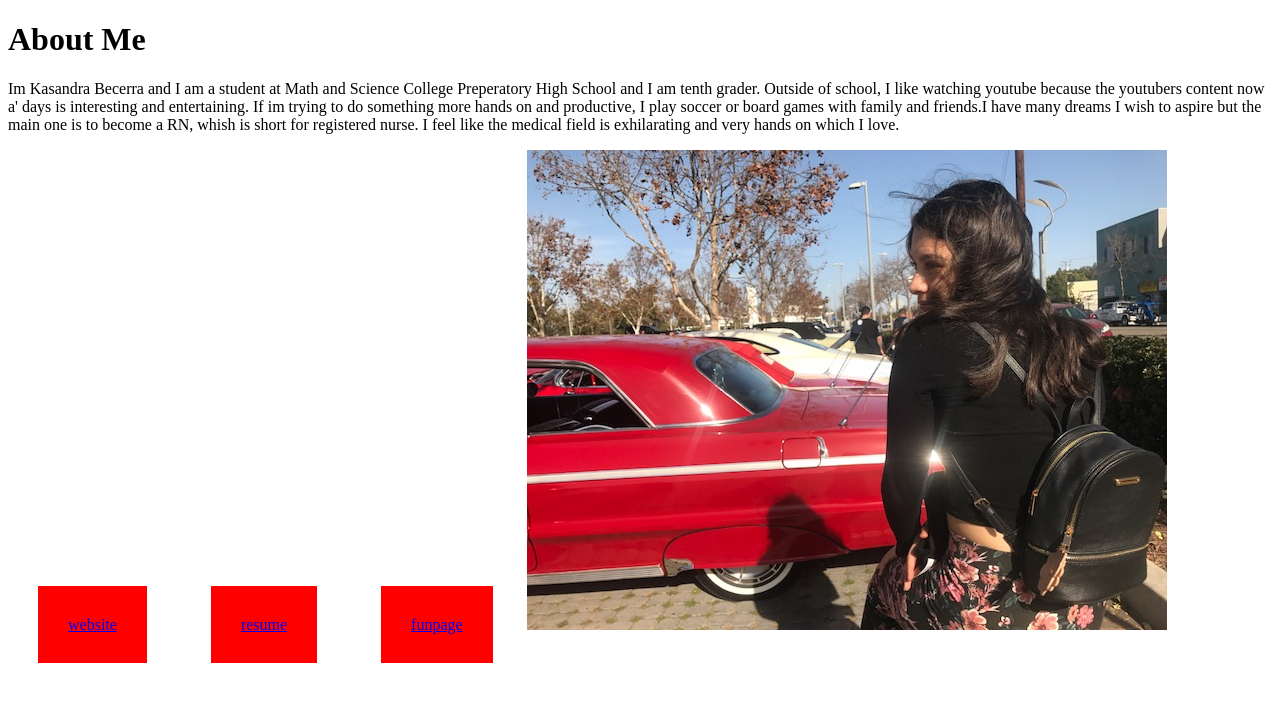
Repository: khipres1/khipres1.github.io
Page: aboutme.html
The author's editor kept a record of every edit. The page is drawn from the files as they stood at one moment, then again after the next edit.
The browser window is 1280 px wide. The pictures show the whole page.

Above is the page before.

After the next edit:
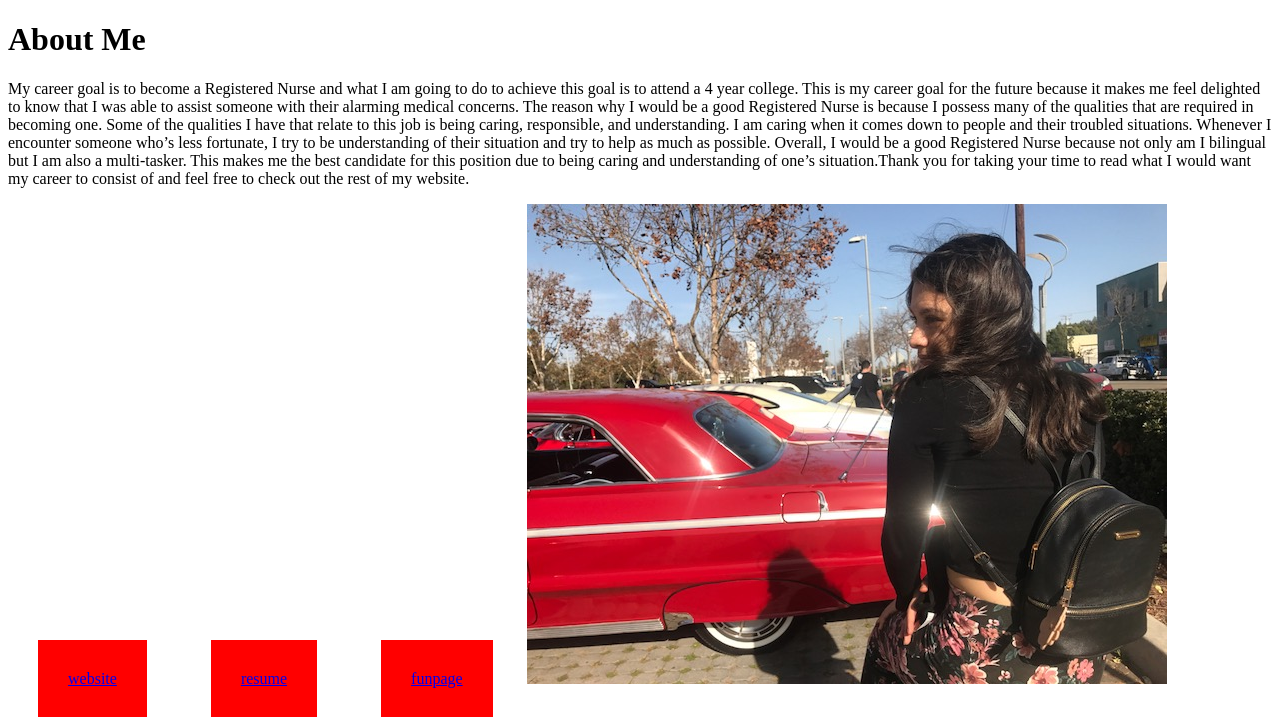
The edit:
--- a/aboutme.html
+++ b/aboutme.html
@@ -8,7 +8,14 @@
 <h1>About Me</h1>
 
 <body>
-  <p>Im Kasandra Becerra and I am a student at Math and Science College Preperatory High School and I am tenth grader. Outside of school, I like watching youtube because the youtubers content now a' days is interesting and entertaining. If im trying to do something more hands on and productive, I play soccer or board games with family and friends.I have many dreams I wish to aspire but the main one is to become a RN, whish is short for registered nurse. I feel like the medical field is exhilarating and very hands on which I love.</p>
+  <p>My career goal is to become a Registered Nurse and what I am going to do to achieve this goal is to attend a 4 year college. This is my career goal for the future because it makes me feel delighted to know that I was able to assist someone with their alarming medical concerns.
+
+The reason why I would be a good Registered Nurse is because I possess many of the qualities that are required in becoming one. Some of the qualities I have that relate to this job is being caring, responsible, and understanding. I am caring when it comes down to people and their troubled situations. Whenever I encounter someone who’s less fortunate, I try to be understanding of their situation and try to help as much as possible.
+
+Overall, I would be a good Registered Nurse because not only am I bilingual but I am also a multi-tasker. This makes me the best candidate for this position due to being caring and understanding of one’s situation.Thank you for taking your time to read what I would want my career to consist of and feel free to check out the rest of my website.
+
+</p>
+
 
 
     <a href="website.html"> website</a>
